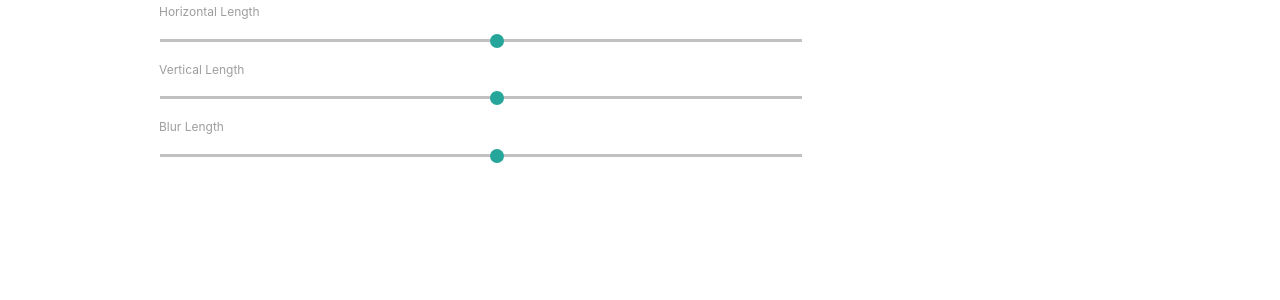
Repository: imrvj/Box-Shadow
Page: /
The author's editor kept a copy of each file at every save. The page is drawn from the files as they stood at one save, then again after the next save.
The browser window is 1280 px wide. The pictures show the whole page.
The project was rebuilt for these pictures with package versions that can differ from the ones it lists, and the page was loaded fresh each time.

Above is the page before, as saved 2020-02-19 23:17:43.

### public/index.html
<!DOCTYPE html>
<html lang="en">
  <head>
    <meta charset="utf-8" />
    <link rel="icon" href="%PUBLIC_URL%/favicon.ico" />
    <meta name="viewport" content="width=device-width, initial-scale=1" />
    <meta name="theme-color" content="#000000" />
    <meta
      name="description"
      content="Web site created using create-react-app"
    />
    <link rel="apple-touch-icon" href="%PUBLIC_URL%/logo192.png" />
    <!--
      manifest.json provides metadata used when your web app is installed on a
      user's mobile device or desktop. See https://developers.google.com/web/fundamentals/web-app-manifest/
    -->
    <link rel="manifest" href="%PUBLIC_URL%/manifest.json" />
    <!--
      Notice the use of %PUBLIC_URL% in the tags above.
      It will be replaced with the URL of the `public` folder during the build.
      Only files inside the `public` folder can be referenced from the HTML.

      Unlike "/favicon.ico" or "favicon.ico", "%PUBLIC_URL%/favicon.ico" will
      work correctly both with client-side routing and a non-root public URL.
      Learn how to configure a non-root public URL by running `npm run build`.
    -->
    <!-- Compiled and minified CSS -->
    <link rel="stylesheet" href="https://cdnjs.cloudflare.com/ajax/libs/materialize/1.0.0/css/materialize.min.css">

    <title>React App</title>
  </head>
  <body>
    <noscript>You need to enable JavaScript to run this app.</noscript>
    <div id="root"></div>
    <!--
      This HTML file is a template.
      If you open it directly in the browser, you will see an empty page.

      You can add webfonts, meta tags, or analytics to this file.
      The build step will place the bundled scripts into the <body> tag.

      To begin the development, run `npm start` or `yarn start`.
      To create a production bundle, use `npm run build` or `yarn build`.
    -->
       <!-- Compiled and minified JavaScript -->
       <script src="https://cdnjs.cloudflare.com/ajax/libs/materialize/1.0.0/js/materialize.min.js"></script>

  </body>
</html>

### src/App.js
import React, { useState } from 'react';

import './App.css';

function App() {
  const [Hori, setHori] = useState(10)
  const [Veri, setVeri] = useState(10)
  const [Blur, setBlur] = useState(10)
  return (
    <div className="App">

      <div className="controls">
      <label>Horizontal Length</label>
      <input type="range"  min="-200" max="200" value={Hori} onChange={(e)=>setHori(e.target.value)}/>
      <label>Vertical Length</label>
      <input type="range"  min="-200" max="200" value={Veri} onChange={(e)=>setVeri(e.target.value)}/>
      <label>Blur Length</label>
      <input type="range"  min="-200" max="200" value={Blur} onChange={(e)=>setBlur(e.target.value)}/>



      </div>
      <div className="output"></div>
    </div>
  );
}

export default App;

### src/App.css
.App
{
    display: flex;
    justify-content: space-around;
}

Loaded but not shown: src/index.js (common file); src/index.css (common file); src/serviceWorker.js (common file)

After the next save:
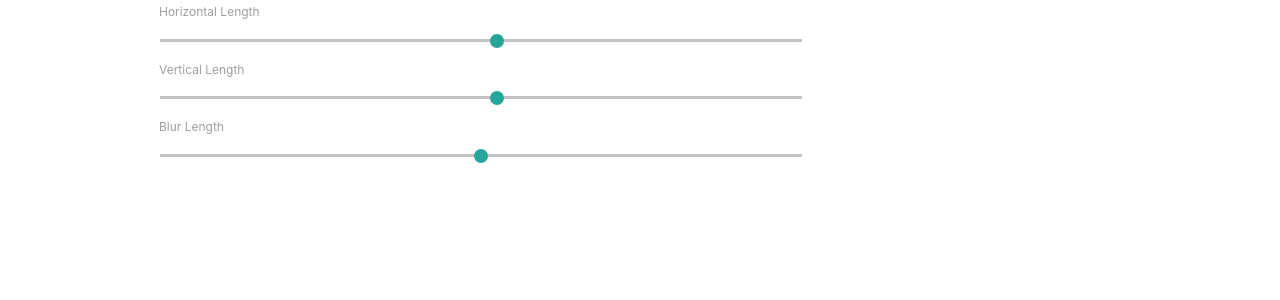
Saved 68 s later.
--- a/src/App.js
+++ b/src/App.js
@@ -5,7 +5,7 @@ import './App.css';
 function App() {
   const [Hori, setHori] = useState(10)
   const [Veri, setVeri] = useState(10)
-  const [Blur, setBlur] = useState(10)
+  const [Blur, setBlur] = useState(0)
   return (
     <div className="App">
 
